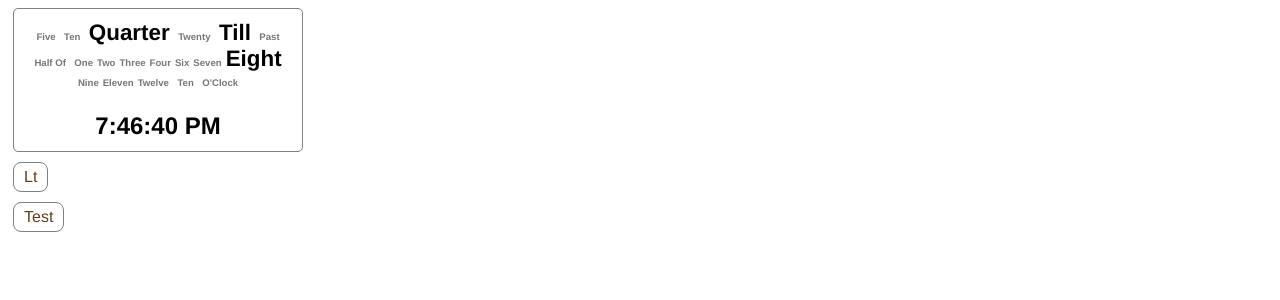
Repository: Skaidrius/WordClock
Page: index.html
The author's editor kept a record of every edit. The page is drawn from the files as they stood at one moment, then again after the next edit.
The browser window is 1280 px wide. The pictures show the whole page.
Some web libraries are served in a nearby version.

Above is the page before.

### index.html
<!DOCTYPE html>
<html>

<head>
    <meta charset="UTF-8">
    <title>Laikrodukas</title>
    <link type="text/css" rel="stylesheet" href="style.css"></link>
</head>

<body ng-app="clockApp" ng-init="en=true; settings=false; change=false">

    <div ng-show='en' ng-click="settings=!settings" ng-controller="DataControllerEn" ng-init="init();" >
        <show-big-clock-en ng-click="change=!change"></show-big-clock-en>
        <button ng-show="change" ng-click="changeClass()">Max/Min</button>
    </div>

    <div ng-show="lt" ng-click="settings=!settings" ng-controller="DataController" ng-init="init();">
        <show-big-clock ng-click="change=!change"></show-big-clock>
        <button ng-show="change" ng-click="changeClass()">Max/Min</button>
    </div>

    <div ng-init="en">
        <button ng-show="lt" ng-click="en=true; lt=false">En</button>
        <button ng-show="en" ng-click="en=false; lt=true">Lt</button>


        <div ng-controller="TestController" ng-init="currHours = '1'; currMins = '0'; currSecs = '0'">
            <button ng-init="show=false;" ng-click="show=!show">Test</button>
            <div ng-show="show" >
                <show-big-clock></show-big-clock>
            </div>

             <div ng-show="show">
                <input type="number" ng-model="currHours"/></label>
                <input type="number" ng-model="currMins"/></label>
             </div>

        </div>
    </div>

<script src="https://ajax.googleapis.com/ajax/libs/angularjs/1.3.12/angular.min.js"></script>
<script type="text/javascript" src="app.js"></script>
</body>

</html>

### style.css
body {
    font-family: 'Helvetica Neue',sans-serif;
}

.clck-bgr {
    text-align: center;
    max-width: 300px;
}

ul {
    max-width: 512px;
    height: auto;
    border: 1px solid grey;
    border-radius: 5px;
    padding: 0.7em;
    margin: 5px;

}
ul li    {
    list-style: none;
    display: inline-block;
    padding: 0 2px;
    font-weight: bold;
}

button, input {
	background: #fff;
	margin: 5px;
	padding:5px 10px;
	max-width: 110px;
	color:#623F1D;
	font-family:'Helvetica Neue',sans-serif;
	font-size:16px;
	border-radius:8px;
	-moz-border-radius:8px;
	-webkit-border-radius:8px;
	border:1px solid grey;
}

.active   { color: #000; font-size: 1.4em}
.passive  { color: #777; font-size: 0.6em}

.visible   { visibility: visible; font-size: 2em}
.hidden  { display: none; font-size: 0.6em}

.digital {
    font-size: 24px;
    border: none;
    margin-bottom: 0;
    padding-bottom: 0;
}

### app.js
var app = angular.module('clockApp', []);
app.controller('DataController', function($scope, $interval, $filter) {

    $scope.init = $interval(function(){
        $scope.input = new Date();
        $scope.currHours = $filter('date')($scope.input, 'HH');
        $scope.currMins = $filter('date')($scope.input, 'mm');
        $scope.currSecs = $filter('date')($scope.input, 'ss');
        $scope.currAP = $filter('date')($scope.input, '');

        $scope.hoursPastHalf= [ {value:   1,     name: "Pirma" },
                        {value:   2,     name: "Dvi"        },
                        {value:   3,     name: "Trys"       },
                        {value:   4,     name: "Keturios"   },
                        {value:   6,     name: "Šešios"     },
                        {value:   7,     name: "Septynios"  },
                        {value:   8,     name: "Aštuonios"  },
                        {value:   9,     name: "Devynios"   },
                        {value:  11,     name: "Vienuolika" },
                        {value:  12,     name: "Dvylika"    },
                        {value:  13,     name: "Pirma"      } ];

        $scope.tenHours = {value:  10,     name: "Dešimt"   };
        $scope.five =   {value:  5,     name:  "Penkios"    };

        $scope.hoursPastZero = [ {value:  1,     name: "Pirmos"     },
                        {value:  2,     name: "Dviejų"      },
                        {value:  3,     name: "Trijų"       },
                        {value:  4,     name: "Keturių"     },
                        {value:  5,     name: "Penkių"      },
                        {value:  6,     name: "Šešių"       },
                        {value:  7,     name: "Septynių"    },
                        {value:  8,     name: "Aštuonių"    },
                        {value:  9,     name: "Devynių"     },
                        {value:  11,    name: "Vienuolikos" },
                        {value:  12,    name: "Dvylikos"    },
                        {value:  13,    name: "Pirmos"      }  ];

        $scope.till = "Be";
        $scope.after = "Po";

        $scope.fivetill = "Penkių";
        $scope.ten = "Dešimt";
        $scope.quarter = "Penkiolikos";
        $scope.fifteen = "Penkiolika";
        $scope.twenty = "Dvidešimt";
        $scope.half = "Pusė";
        $scope.afterhalf = "Pusės";

        $scope.hour = "Valanda";
        $scope.hours = "Valandos";
        $scope.morehour = "Valandų";

    },100 );

    $scope.showClassName = 'active';
    $scope.hiddenClassName = 'passive';

    $scope.changeClass = function(){
        if ($scope.showClassName != "active"){
            $scope.showClassName = "active";
            $scope.hiddenClassName = "passive";
          } else {
            $scope.showClassName = "visible";
            $scope.hiddenClassName = "hidden";
          }
    };

});

app.controller('DataControllerEn', function($scope, $interval, $filter) {

    $scope.init = $interval(function(){
        $scope.input = new Date();
        $scope.currHours = $filter('date')($scope.input, 'h');
        $scope.currMins = $filter('date')($scope.input, 'mm');
        $scope.currSecs = $filter('date')($scope.input, 'ss');
        $scope.currAP = $filter('date')($scope.input, 'a');

        $scope.hoursArray= [ {value:   1,     name: "One" },
                        {value:   2,     name: "Two"        },
                        {value:   3,     name: "Three"       },
                        {value:   4,     name: "Four"   },
                        {value:   6,     name: "Six"     },
                        {value:   7,     name: "Seven"  },
                        {value:   8,     name: "Eight"  },
                        {value:   9,     name: "Nine"   },
                        {value:  11,     name: "Eleven" },
                        {value:  12,     name: "Twelve"    },
                        {value:  13,     name: ""      } ];

        $scope.tenHours = {value:  10,     name: "Ten"   };
        $scope.five =   {value:  5,     name:  "Five"    };

        $scope.till = "Till";
        $scope.after = "Past";

        $scope.ten = "Ten";
        $scope.fifteen = "Quarter";
        $scope.twenty = "Twenty";
        $scope.half = "Half Of";
        $scope.afterhalf = "Half Of";

        $scope.hour = "O'Clock";

    },100 );

    $scope.showClassName = 'active';
    $scope.hiddenClassName = 'passive';

    $scope.changeClass = function(){
        if ($scope.showClassName != "active"){
            $scope.showClassName = "active";
            $scope.hiddenClassName = "passive";
          } else {
            $scope.showClassName = "visible";
            $scope.hiddenClassName = "hidden";
          }
    };

});

// tests
app.controller('TestController', function($scope, $interval) {  //clone for testing

    $scope.init = $interval(function(){

        $scope.hoursPastHalf= [ {value:   1,     name: "Pirma" },
                        {value:   2,     name: "Dvi"        },
                        {value:   3,     name: "Trys"       },
                        {value:   4,     name: "Keturios"   },
                        {value:   6,     name: "Šešios"     },
                        {value:   7,     name: "Septynios"  },
                        {value:   8,     name: "Aštuonios"  },
                        {value:   9,     name: "Devynios"   },
                        {value:  11,     name: "Vienuolika" },
                        {value:  12,     name: "Dvylika"    },
                        {value:  13,     name: "Pirma"      } ];

        $scope.tenHours = {value:  10,  name: "Dešimt"      };
        $scope.five =   {value:  5,     name:  "Penkios"    };

        $scope.hoursPastZero = [ {value:  1,     name: "Pirmos"     },
                        {value:  2,     name: "Dviejų"      },
                        {value:  3,     name: "Trijų"       },
                        {value:  4,     name: "Keturių"     },
                        {value:  5,     name: "Penkių"      },
                        {value:  6,     name: "Šešių"       },
                        {value:  7,     name: "Septynių"    },
                        {value:  8,     name: "Aštuonių"    },
                        {value:  9,     name: "Devynių"     },
                        {value:  11,    name: "Vienuolikos" },
                        {value:  12,    name: "Dvylikos"    },
                        {value:  13,    name: "Pirmos"      }  ];

        $scope.till = "Be";
        $scope.after = "Po";

        $scope.fivetill = "Penkių";
        $scope.ten = "Dešimt";
        $scope.quarter = "Penkiolikos";
        $scope.fifteen = "Penkiolika";
        $scope.twenty = "Dvidešimt";
        $scope.half = "Pusė";
        $scope.afterhalf = "Pusės";

        $scope.hour = "Valanda";
        $scope.hours = "Valandos";
        $scope.morehour = "Valandų";

        $scope.showClassName = 'active';
        $scope.hiddenClassName = 'passive';

},100 );

});

app.directive('showBigClock', function(){
    return {
        templateUrl: 'clock.html'
    };
});

app.directive('showBigClockEn', function(){
    return {
        templateUrl: 'clockEn.html'
    };
});

### clockEn.html
<div class="clck-bgr">
<ul>
    <li ng-class="currMins < 10 && five.value == currHours ||
                    currMins > 35 && five.value-1 == currHours ||
                    currMins >=5 && currMins < 10 ||
                    currMins >= 35 && currMins < 40 ||
                    currMins >=25 && currMins < 30 ||
                    currMins >=  55 ? showClassName : hiddenClassName">{{five.name}}</li>

    <li ng-class="currMins >= 50 && currMins < 55 ||
                    currMins >=10 && currMins < 15 ?
                        showClassName : hiddenClassName">{{ten}}</li>

    <li ng-class="currMins >= 15 && currMins < 20 ||
                    currMins >= 45 && currMins < 50 ?
                        showClassName : hiddenClassName">{{fifteen}}</li>

    <li ng-class="currMins >= 40 && currMins < 45 ||
                    currMins >= 20 && currMins < 25 ?
                        showClassName : hiddenClassName">{{twenty}}</li>

    <li ng-class="currMins >= 25 && currMins < 30 ||
                    currMins >= 40 ?
                        showClassName : hiddenClassName">{{till}}</li>

    <li ng-class="currMins >= 5 && currMins < 25 ||
                    currMins >= 35 && currMins < 40 ?
                        showClassName : hiddenClassName">{{after}}</li>

    <li ng-class="currMins >= 25 && currMins < 35 ||
                    currMins >= 35 && currMins < 40 ||
                    currMins >= 35 && currMins < 40 ?
                        showClassName : hiddenClassName">{{half}}</li>

    <li ng-show="item.value!= 13"
        ng-repeat="item in hoursArray"
        ng-class="currMins >= 40 && item.value-1 == currHours ||
                    currMins < 5 && item.value == currHours ||
                    currMins >= 5 && currMins < 25 && item.value == currHours ||
                    currMins >= 25 && currMins < 40 && item.value-1 == currHours ?
                        showClassName : hiddenClassName">{{item.name }}</li>

    <li ng-class="currHours == tenHours.value && currMins >= 0 && currMins < 25 ||
                    currMins >= 25 && currMins < 60 && tenHours.value-1 == currHours ?
                        showClassName : hiddenClassName">{{tenHours.name}}</li>

    <li ng-class="currMins < 5 ?
                        showClassName : hiddenClassName">{{hour}}</li>
    <ul class="digital">
        <li>{{currHours}}:{{currMins}}:{{currSecs}} {{currAP}}</li>
    </ul>

</ul>




</div>

### clock.html
<div class="clck-bgr">
<ul>
    <li ng-class="currMins >= 5 && currMins < 25 ||
                    currMins >= 35 && currMins < 40 ?
                        showClassName : hiddenClassName">{{after}}</li>

    <li ng-class="currMins >= 25 && currMins < 30 ||
                    currMins >= 40 ?
                        showClassName : hiddenClassName">{{till}}</li>

    <li ng-class="currMins >= 35 && currMins < 40 ?
                        showClassName : hiddenClassName ">{{afterhalf}}</li>

    <li ng-class="currMins >= 25 && currMins < 30 ||
                    currMins >=  55 ?
                        showClassName : hiddenClassName">{{fivetill}}</li>

    <li ng-class="currMins >= 10 && currMins < 15 ||
                    currMins >= 50 && currMins < 55 ?
                        showClassName : hiddenClassName">{{ten}}</li>

    <li ng-class="currMins >= 45 && currMins < 50 ?
                        showClassName : hiddenClassName">{{quarter}}</li>

    <li ng-class="currMins >= 40 && currMins < 45 ?
                        showClassName : hiddenClassName">{{twenty}}</li>

    <li ng-class="currMins >= 25 && currMins < 35 ?
                        showClassName : hiddenClassName">{{half}}</li>

    <li ng-show="item.value!= 13"
        ng-repeat="item in hoursPastHalf"
        ng-class="currMins >= 40 && item.value-1 == currHours ||
                    currMins >= 40 && item.value-1 == currHours-12 ||
                    currMins < 5 && item.value == currHours ||
                    currMins < 5 && item.value == currHours - 12?
                        showClassName : hiddenClassName">{{item.name }}</li>

    <li ng-show="item.value!= 13"
        ng-repeat="item in hoursPastZero"
        ng-class="currMins >= 5 && currMins < 25 && item.value == currHours ||
                    currMins >= 5 && currMins < 25 && item.value == currHours -12 ||
                    currMins >= 25 && currMins < 40 && item.value-1 == currHours ||
                    currMins >= 25 && currMins < 40 && item.value-1 == currHours - 12 ?
                        showClassName : hiddenClassName">{{item.name }}</li>

    <li ng-class="currMins > 9 && currMins < 15 ||
                    currHours == tenHours.value && currMins >= 0 && currMins < 25 ||
                    currHours - 12 == tenHours.value && currMins >= 0 && currMins < 25 ||
                    currMins >= 25 && currMins < 60 && tenHours.value-1 == currHours ||
                    currMins >= 25 && currMins < 60 && tenHours.value-1 == currHours - 12 ?
                        showClassName : hiddenClassName">{{tenHours.name}}</li>

    <li ng-class="currMins < 10 && five.value == currHours ||
                    currMins < 10 && five.value == currHours - 12 ||
                    currMins > 35 && five.value-1 == currHours ||
                    currMins > 35 && five.value-1 == currHours - 12 ||
                    currMins >=5 && currMins < 10 ||
                    currMins >= 35 && currMins < 40 ?
                        showClassName : hiddenClassName">{{five.name}}</li>

    <li ng-class="currMins >= 15 && currMins < 20 ?
                        showClassName : hiddenClassName">{{fifteen}}</li>

    <li ng-class="currMins >= 20 && currMins < 25 ?
                        showClassName : hiddenClassName">{{twenty}}</li>

    <li ng-class="currMins < 5 && currHours == 1 ||
                    currMins < 5 && currHours - 12 == 1 ?
                        showClassName : hiddenClassName">{{hour}}</li>

    <li ng-class="currMins < 5 && currHours > 1 && currHours <= 9 ||
                    currMins < 5 && currHours > 13 && currHours <= 21 ?
                        showClassName : hiddenClassName">{{hours}}</li>

    <li ng-class="currMins < 5 && currHours > 9 && currHours < 13 ||
                    currMins < 5 && currHours > 21 ?
                        showClassName : hiddenClassName">{{morehour}}</li>

    <ul class="digital">
        <li>{{currHours}}:{{currMins}}:{{currSecs}}</li>
    </ul>
</ul>
</div>

After the next edit:
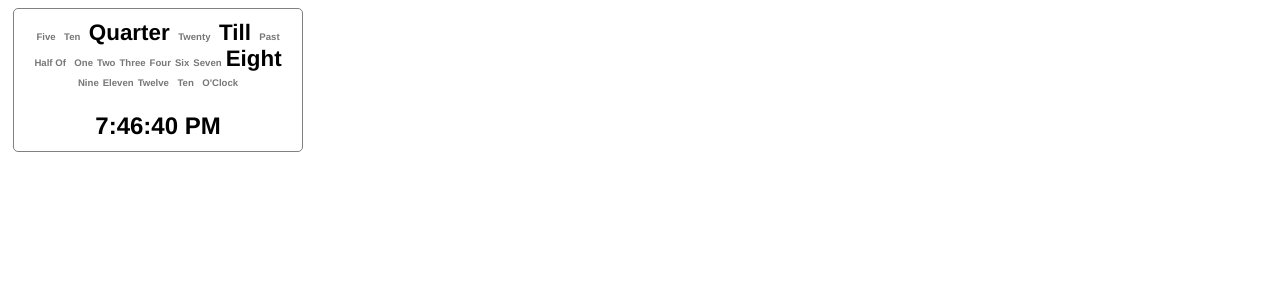
The edit:
--- a/index.html
+++ b/index.html
@@ -19,7 +19,7 @@
         <button ng-show="change" ng-click="changeClass()">Max/Min</button>
     </div>
 
-    <div ng-init="en">
+    <div ng-init="en" ng-show="settings">
         <button ng-show="lt" ng-click="en=true; lt=false">En</button>
         <button ng-show="en" ng-click="en=false; lt=true">Lt</button>
 

After the 5 edits that followed:
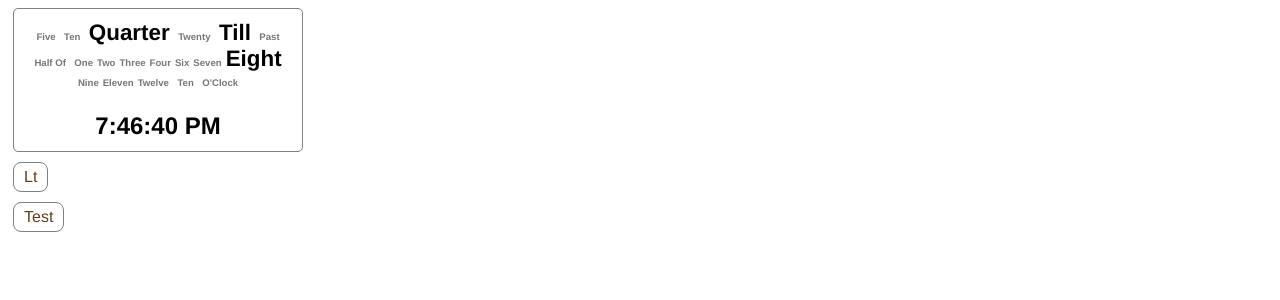
The 5 edits are shown as one change because 4 left the picture as it was.
The edit:
--- a/index.html
+++ b/index.html
@@ -19,7 +19,7 @@
         <button ng-show="change" ng-click="changeClass()">Max/Min</button>
     </div>
 
-    <div ng-init="en" ng-show="settings">
+    <div ng-init="en" ng-show="!settings">
         <button ng-show="lt" ng-click="en=true; lt=false">En</button>
         <button ng-show="en" ng-click="en=false; lt=true">Lt</button>
 
